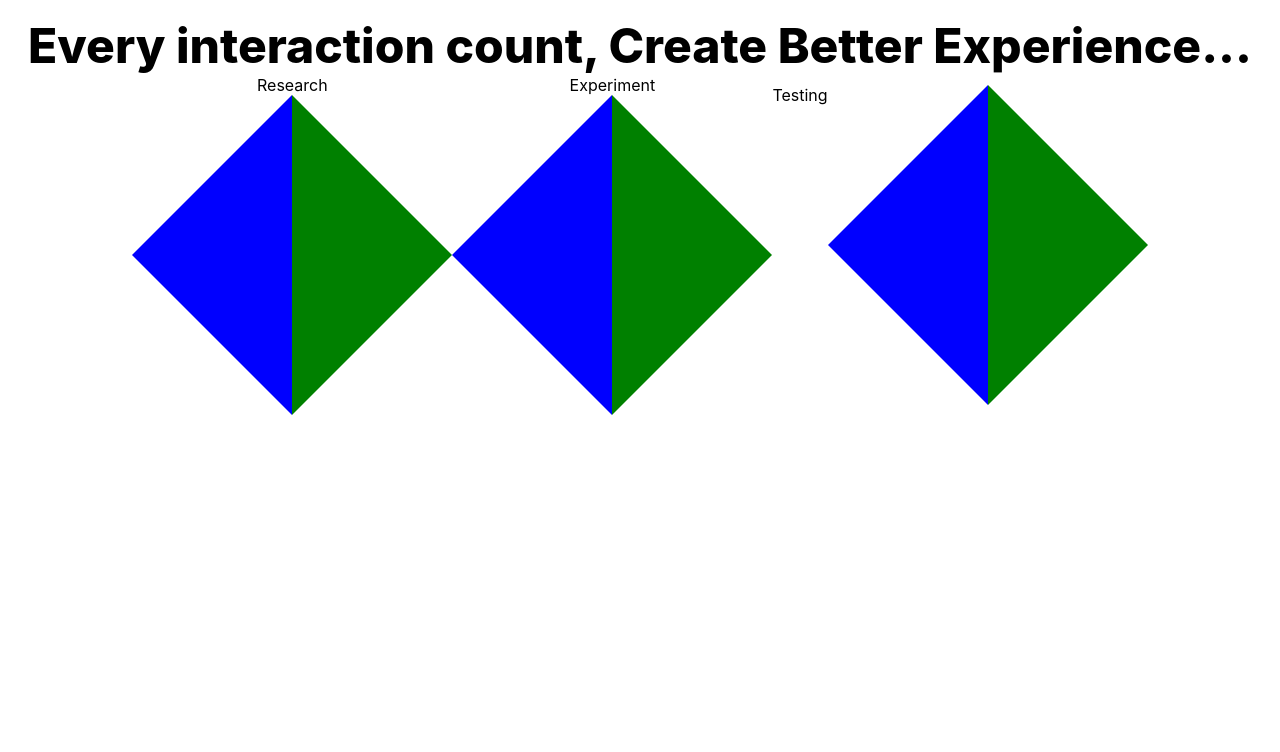
Repository: YingCG/interaction-design
Page: /
These files come from the project's save history. The page is drawn as it stood at one moment and after the next save; the edit follows.
The browser window is 1280 px wide. The pictures show the whole page.
The project was rebuilt for these pictures with package versions that can differ from the ones it lists, and the page was loaded fresh each time.

Above is the page before, as saved 2023-09-07 16:16:08.

### src/App.js
import logo from "./logo.svg";
import "./App.css";
import TripleDiamond from "./TripleDiamond";

function App() {
  return (
    <div className="App">
      <div className="text-content">
        Every interaction count, Create Better Experience...
      </div>

      <TripleDiamond />
    </div>
  );
}

export default App;

### src/App.css
.App {
  text-align: center;
  padding: 1em;
  height: 100vh;
}

.arrow-right {
  width: 0;
  height: 0;
  border-top: 10rem solid transparent;
  border-bottom: 10rem solid transparent;
  border-left: 10rem solid green;
}
.arrow-right:hover {
  border-left: 10rem solid #ffa1f5;
}

.arrow-left {
  width: 0;
  height: 0;
  border-top: 10rem solid transparent;
  border-bottom: 10rem solid transparent;
  border-right: 10rem solid blue;
}
.arrow-left:hover {
  border-right: 10rem solid #ffa1f5;
}

.container {
  display: flex;
  justify-content: center;
  align-items: center;
  width: 100%;
}

.text-content {
  /* padding: 3em; */
  font-size: 3em;
  font-weight: 800;
  flex-direction: column;
}

.triple-diamond {
  display: flex;
  width: 50%;
}

.container-triple {
  display: flex;
  flex-direction: column;
}

.text-above {
  flex-direction: column;
}

### src/TripleDiamond.jsx
import React, { useState } from "react";
import contents from "./data";
import ProjectOverview from "./ProjectOverview";

function TripleDiamond() {
  const [info, setInfo] = useState("");

  function showInfo() {
    console.log(contents);
    setInfo(contents);
  }
  // const showInfo = () => {

  // }

  return (
    <>
      <div className="container">
        <div className="container-triple">
          <div className="text-above">Research</div>
          <div className="triple-diamond">
            <div className="arrow-left" onClick={showInfo}></div>
            <div className="arrow-right"></div>
          </div>
        </div>

        <div className="container-triple">
          <div className="text-above">Experiment</div>
          <div className="triple-diamond">
            <div className="arrow-left"></div>
            <div className="arrow-right"></div>
          </div>
        </div>

        <div className="container-triple">
          <div className="triple-diamond">
            <div className="text-above">Testing</div>
            <div className="arrow-left"></div>
            <div className="arrow-right"></div>
          </div>
        </div>
        <div className="information">
          {contents.map((info, index) => (
            <ProjectOverview props={info} key={index} />
          ))}
        </div>
      </div>
    </>
  );
}

export default TripleDiamond;

### src/data.js
const contents = [
  {
    Title: "Project Overview",
    Description:
      "Memento Media is a creative industry startup that empowers people to save life's stories. When a loved one dies, we also sadly loose their stories. Memento Media uses storytelling and oral history practices to redefine the way families discover, capture and celebrate family history withoutmulti-generational living family archives.",
  },
  {
    Title: "Research",
    Description: "Assessment 1",
  },
  {
    Title: "Experiment",
    Description: "Assessment 2",
  },
  {
    Title: "Prototype",
    Description: "Assessment 3.",
  },
];

export default contents;

### src/ProjectOverview.js
import React from "react";

function ProjectOverview(props) {
  return (
    <div className="information">
      <h1> {props.Title}</h1>
      <p> {props.Description}</p>
    </div>
  );
}

export default ProjectOverview;

Loaded but not shown: public/index.html (common file); src/index.js (common file); src/index.css (common file); src/reportWebVitals.js (common file)

After the next save:
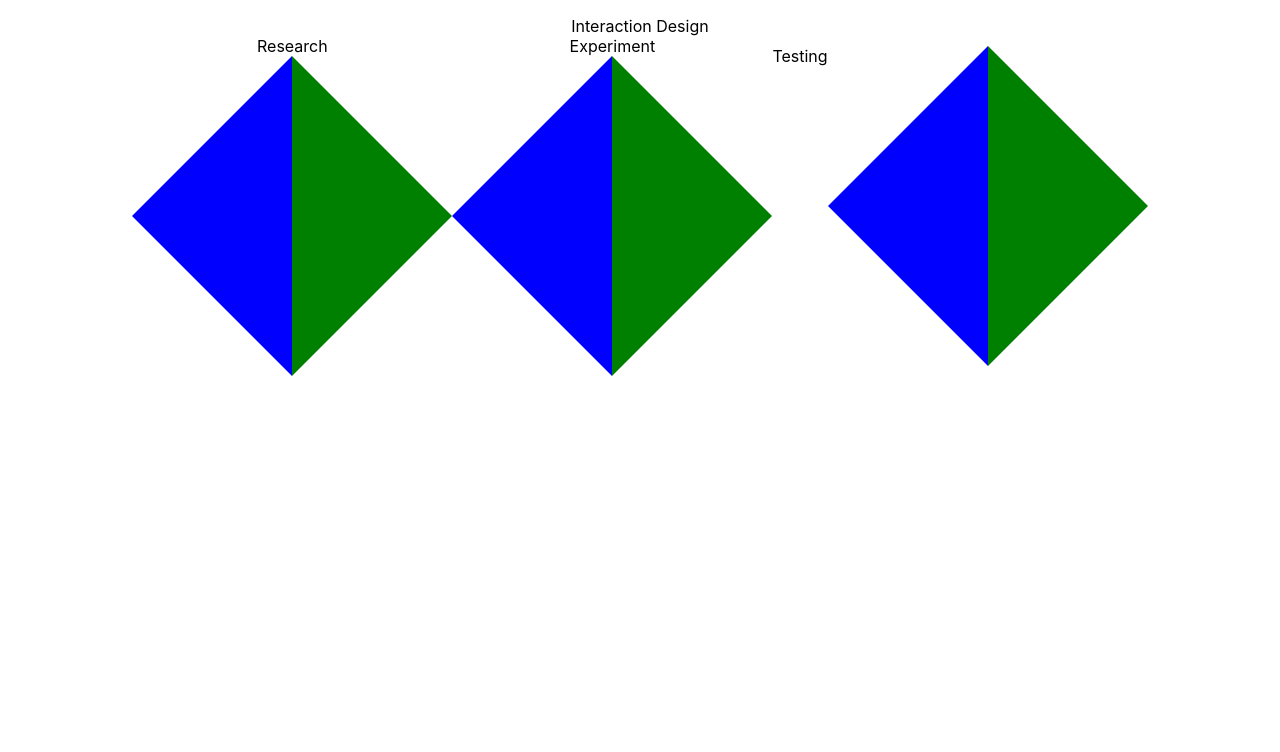
Saved 33 s later.
--- a/src/App.js
+++ b/src/App.js
@@ -5,10 +5,7 @@ import TripleDiamond from "./TripleDiamond";
 function App() {
   return (
     <div className="App">
-      <div className="text-content">
-        Every interaction count, Create Better Experience...
-      </div>
-
+      Interaction Design
       <TripleDiamond />
     </div>
   );
